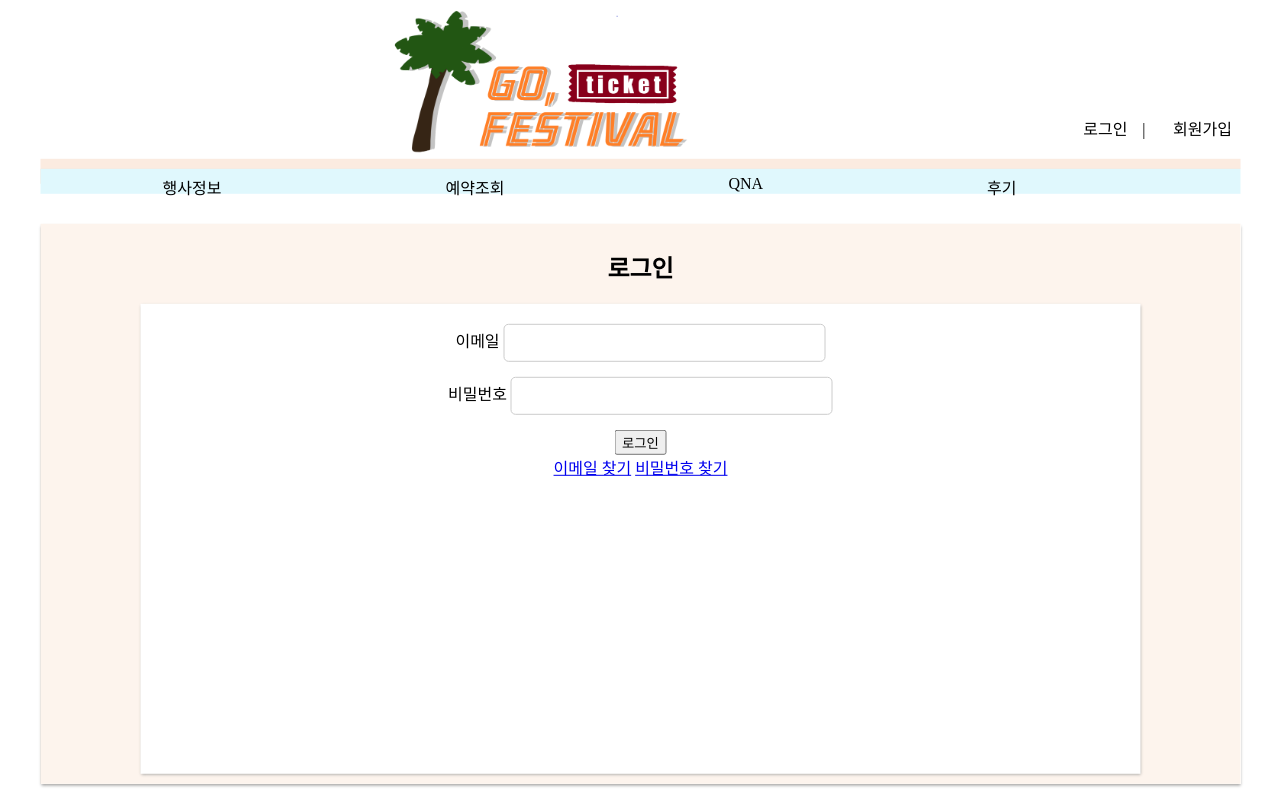
Repository: Changgyu1/Chang_Gu
Page: http://localhost/Project/login.jsp
The author's editor kept a copy of each file at every save. The page is drawn from the files as they stood at one save, then again after the next save.
The browser window is 1280 px wide. The pictures show the whole page.
Some web fonts or font styles are not loaded; a fallback is used. The page is served by Tomcat 9.

Above is the page before, as saved 2023-11-16 07:57:55.

After the next save:
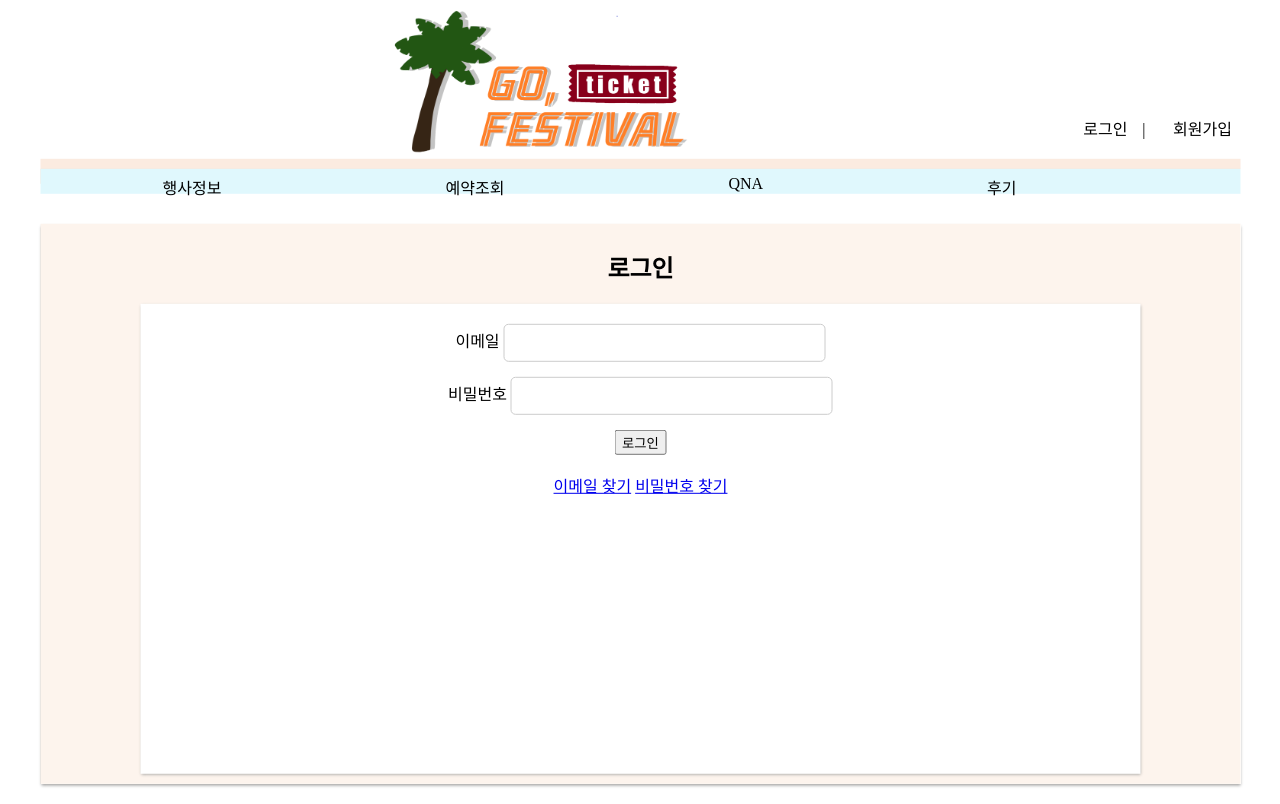
Saved 12 s later.
--- a/Project/src/main/webapp/login.jsp
+++ b/Project/src/main/webapp/login.jsp
@@ -54,7 +54,7 @@
 				<input type="password" id="password" name="password" required><br>
 				<input type="submit" value="로그인"><br>
 			</form>
-				<a href="findEmail.jsp">이메일 찾기</a>
+				<br><a href="findEmail.jsp">이메일 찾기</a>
 				<a href="findPassword.jsp">비밀번호 찾기</a>
         </div>
 	 </div>
